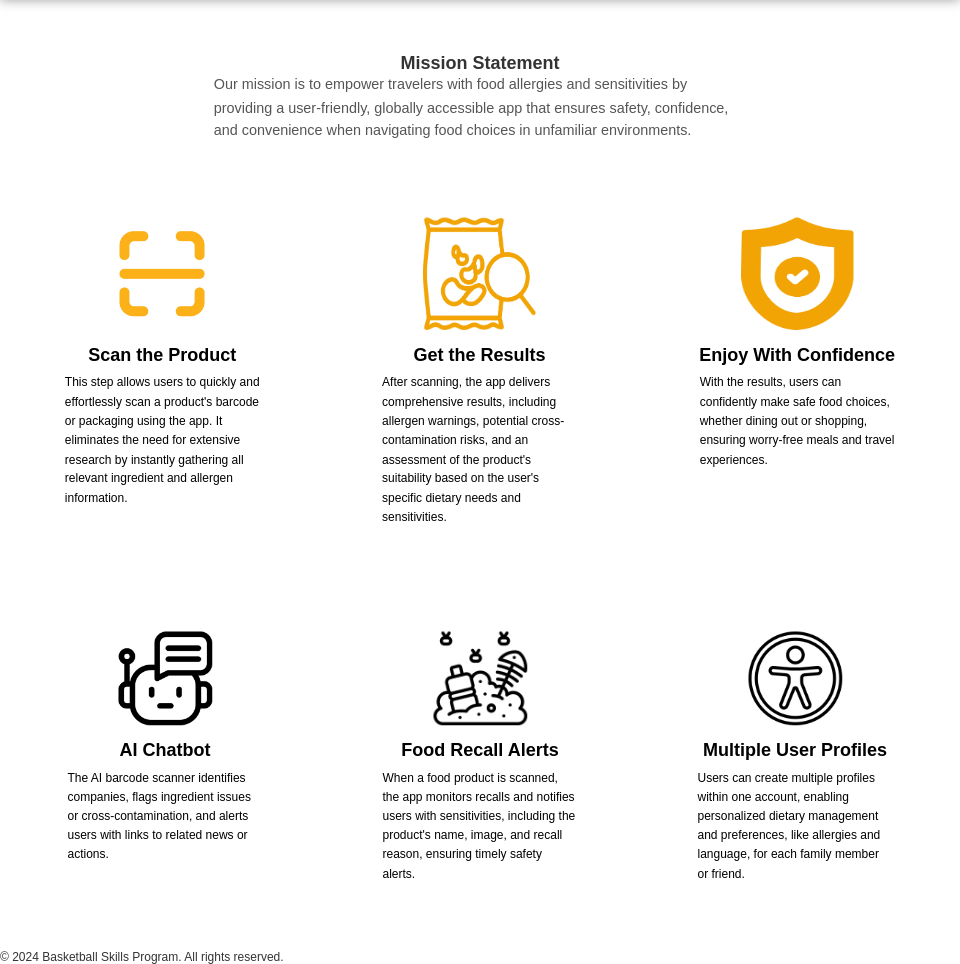
Repository: GavinPahal/landingpage
Page: /
An editor plug-in stored every save of this project. The page is shown before and after the next save, followed by the edit.
The browser window is 1280 px wide. The pictures show the part of the page from y = 720 to 2355 px (the page is 2005 px tall before and 2355 px after), at 75% of full size.
The project was rebuilt for these pictures with package versions that can differ from the ones it lists, and the page was loaded fresh each time. The framework's server and built-in components were replaced by stand-ins that run in the browser. Also part of the build but not shown: next.config.mjs.

Above is the page before, as saved 2024-11-28 18:00:55.

After the next save:
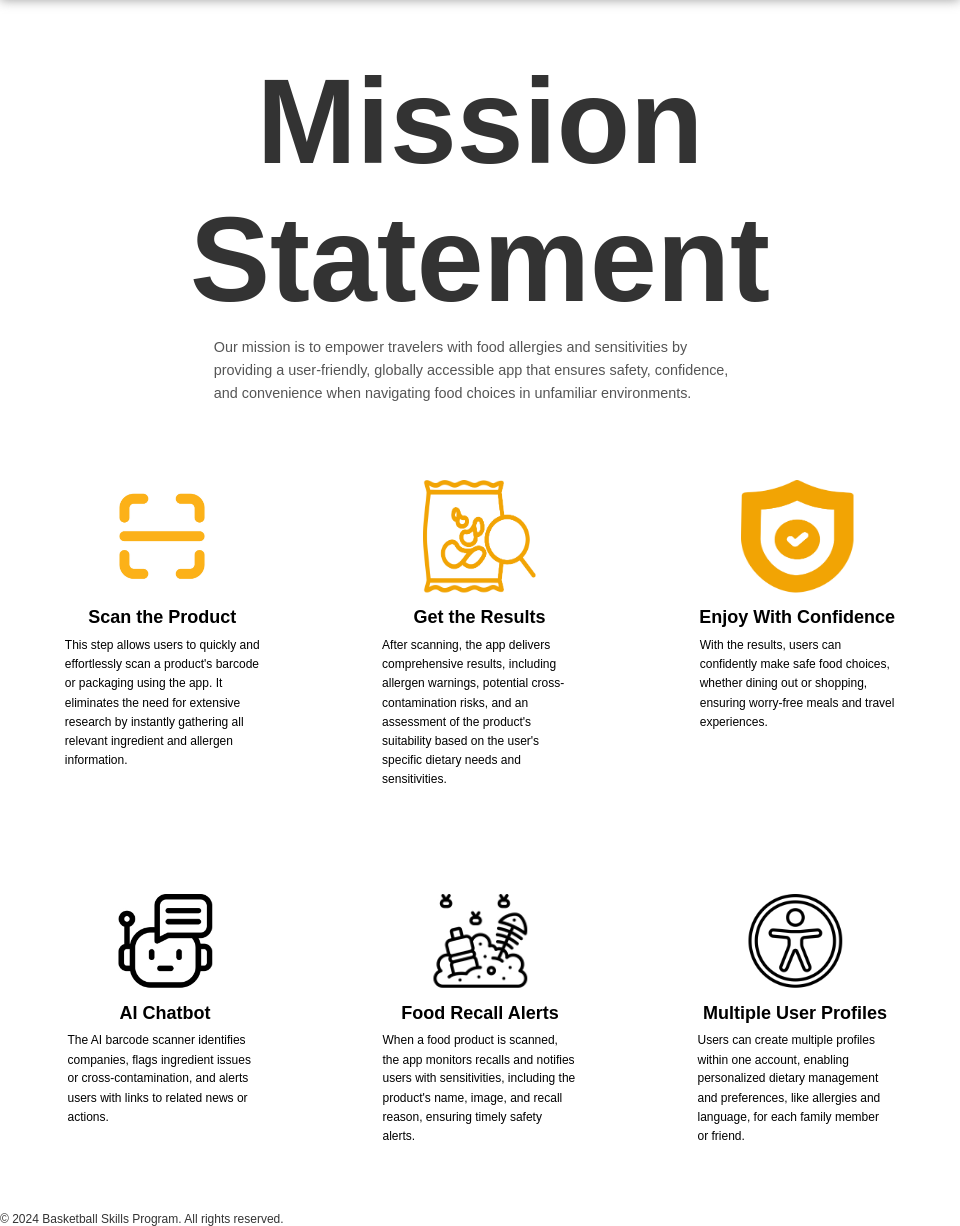
Saved 5 s later.
--- a/styles/globals.css
+++ b/styles/globals.css
@@ -247,7 +247,7 @@
   border-radius: 8px; /* Rounded corners */
 }
 
-.missionStatement h2 {
+.missionStatement h1 {
   font-size: 10rem;
   font-weight: bold;
   color: #333;

After the save that followed:
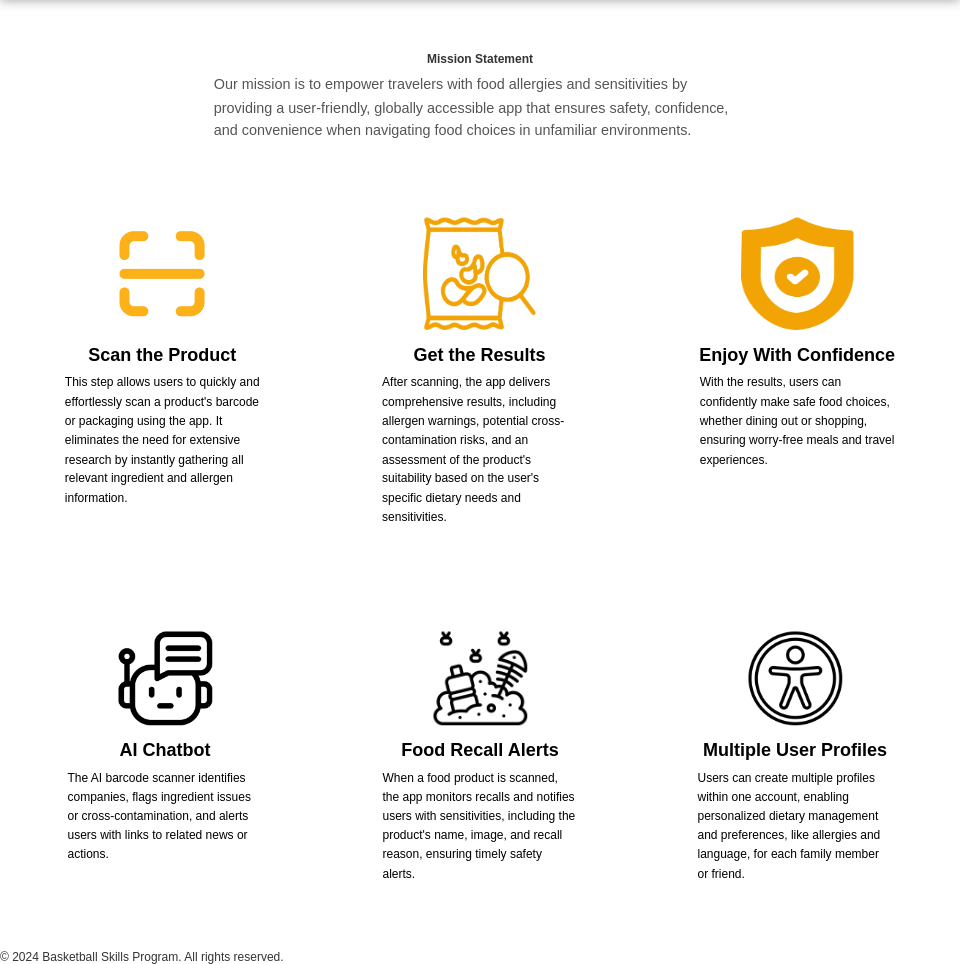
Saved 5 s later.
--- a/styles/globals.css
+++ b/styles/globals.css
@@ -248,7 +248,7 @@
 }
 
 .missionStatement h1 {
-  font-size: 10rem;
+  font-size: 1rem;
   font-weight: bold;
   color: #333;
   margin-bottom: 10px;
